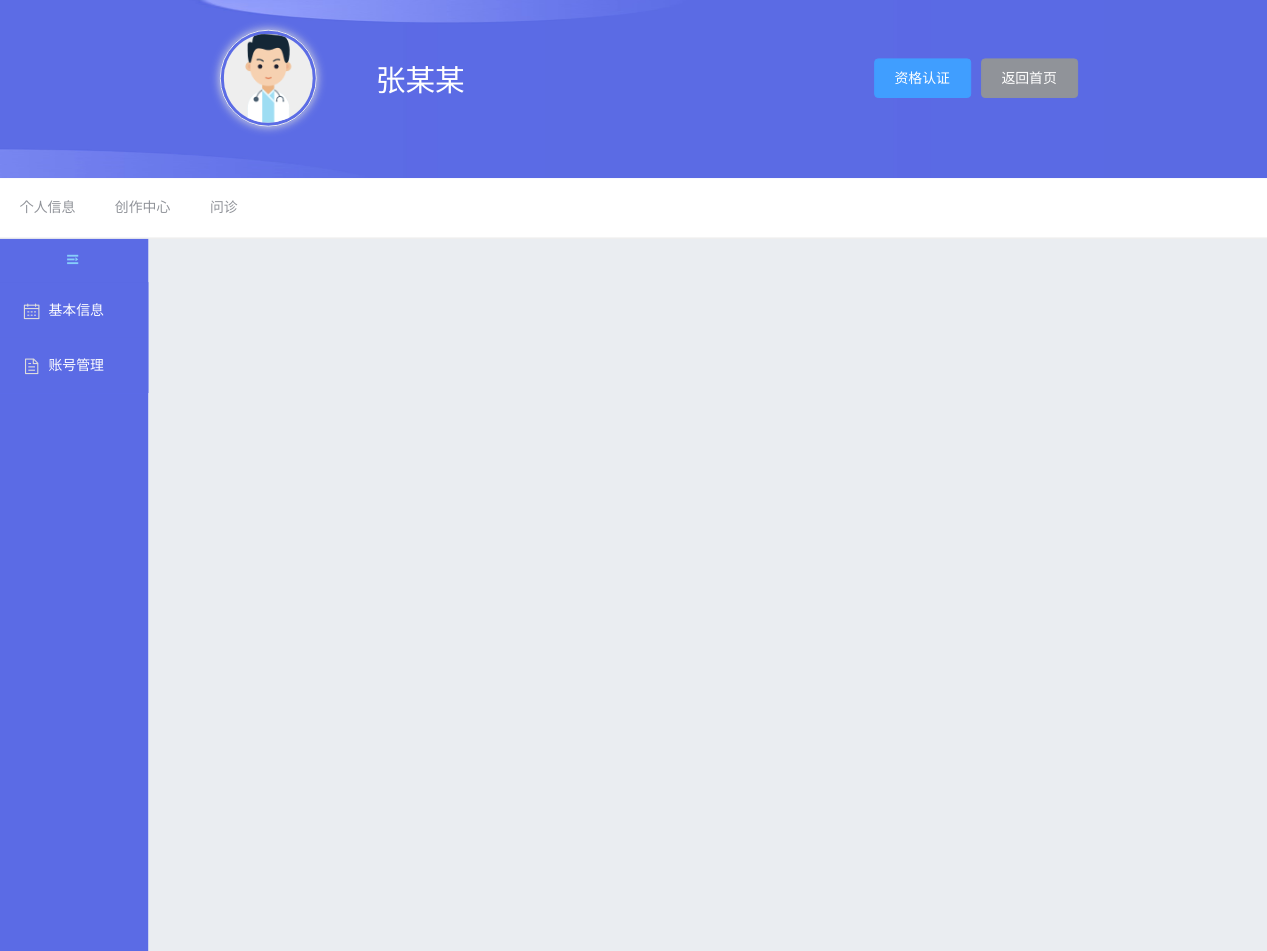
Repository: DiscreteL/SOA_Front
Page: /#/messageCenter/uploadMessage
An editor plug-in stored every save of this project. The page is shown before and after the next save, followed by the edit.
The browser window is 1280 px wide. The pictures show the whole page, at 99% of full size.
The project was rebuilt for these pictures with package versions that can differ from the ones it lists, and the page was loaded fresh each time. Also part of the build but not shown: vue.config.js, src/components/navigation.vue, src/components/dialog.vue, src/views/news.vue, src/components/announcement.vue, src/components/patientKnow.vue, src/views/Home.vue, src/views/login.vue and 15 more.

Above is the page before, as saved 2021-11-29 11:01:14.

After the next save:
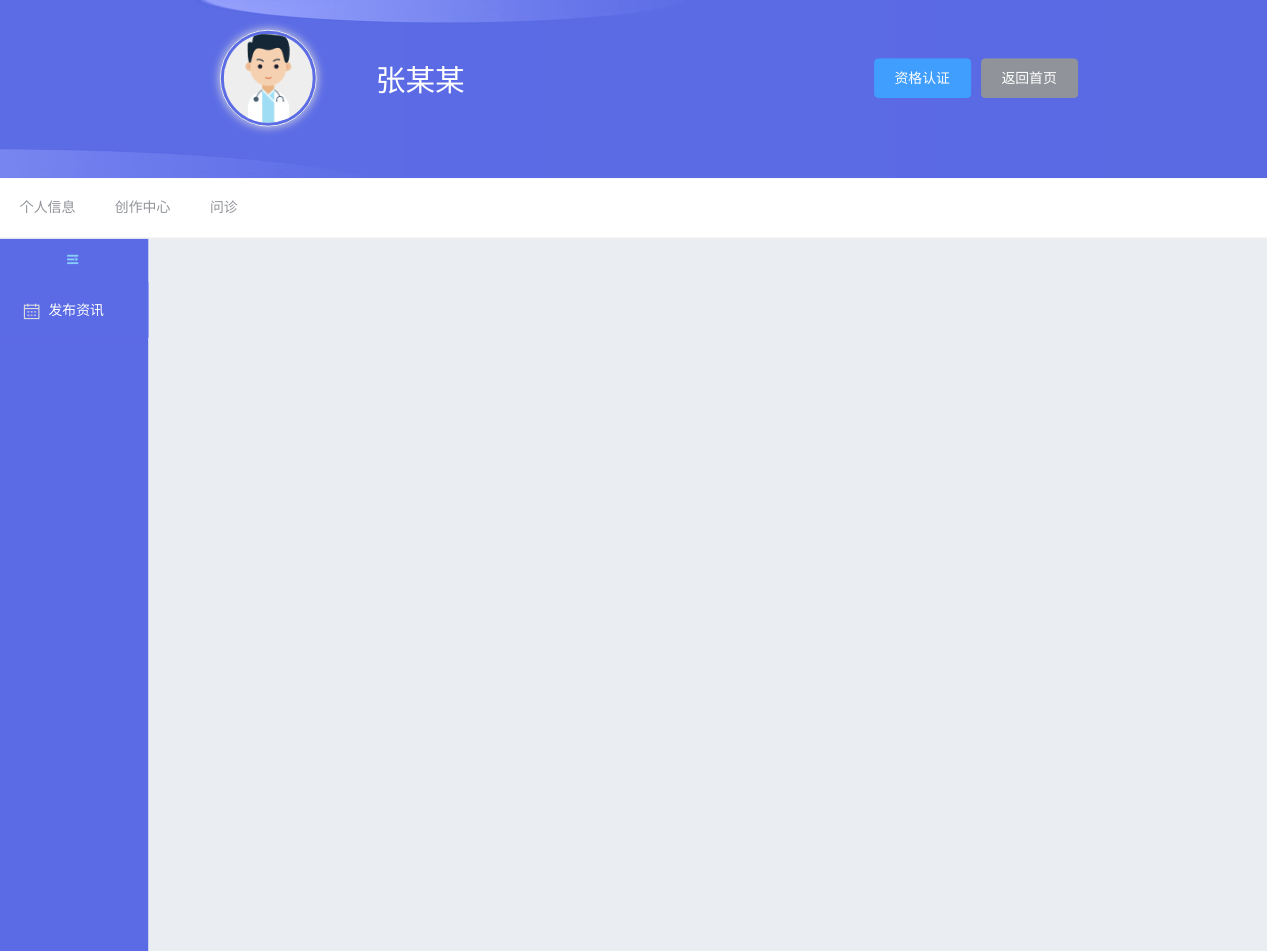
Saved 7 min 48 s later.
--- a/src/views/doctor/messageCenter.vue
+++ b/src/views/doctor/messageCenter.vue
@@ -24,13 +24,9 @@
           <!-- :unique-opened="true"->只允许展开一个菜单 -->
           <!-- :collapse-transition="false" -> 关闭动画 -->
           <!-- router -> 导航开启路由模式 -->
-          <el-menu-item index="/docInfo" @click="saveNavState('/docInfo')">
+          <el-menu-item index="/uploadMessage" @click="saveNavState('/uploadMessage')">
             <i class="el-icon-date" style="color: #dcdcdc"></i>
-            <span slot="title">基本信息</span>
-          </el-menu-item>
-          <el-menu-item index="/accManage" @click="saveNavState('/accManage')">
-            <i class="el-icon-document" style="color: #dcdcdc"></i>
-            <span slot="title">账号管理</span>
+            <span slot="title">发布资讯</span>
           </el-menu-item>
         </el-menu>
       </el-aside>
